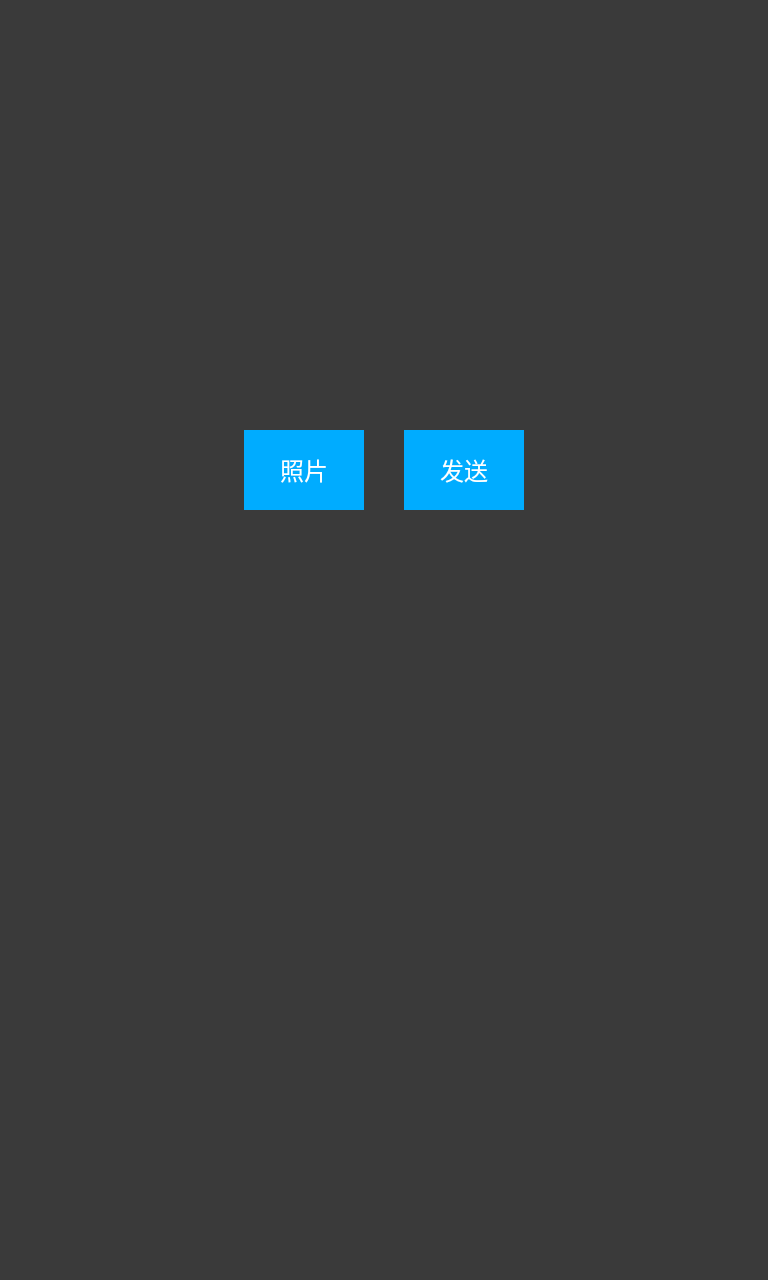
Repository: fanloveoupao/WecharTest
Layout: TestWechar/res/layout/chhose_photos.xml
An editor plug-in stored every save of this project. The layout is shown before and after the next save, followed by the edit.
It is drawn on a 768 x 1280 px phone screen (xhdpi) without system bars, with theme AppTheme; the app's code is not run.

Above is the layout before, as saved 2015-10-09 08:22:32.

### TestWechar/res/layout/chhose_photos.xml
<?xml version="1.0" encoding="utf-8"?>
<LinearLayout xmlns:android="http://schemas.android.com/apk/res/android"
    android:layout_width="match_parent"
    android:layout_height="match_parent"
    android:background="#3a3a3a"
    android:gravity="center"
    android:orientation="vertical" >

    <LinearLayout
        android:id="@+id/btn_layout"
        android:layout_width="fill_parent"
        android:layout_height="wrap_content"
        android:gravity="center"
        android:orientation="horizontal" >

        <Button
            android:id="@+id/btn_choose"
            android:layout_width="60dp"
            android:layout_height="40dp"
            android:layout_marginRight="10dp"
            android:background="@drawable/button_login_bg"
            android:text="照片"
            android:textColor="@color/white"
            android:textSize="12dp" />

        <Button
            android:id="@+id/btn_send"
            android:layout_width="60dp"
            android:layout_height="40dp"
            android:layout_marginLeft="10dp"
            android:background="@drawable/button_login_bg"
            android:text="发送"
            android:textColor="@color/white"
            android:textSize="12dp" />
    </LinearLayout>

    <LinearLayout
        android:layout_width="wrap_content"
        android:layout_height="wrap_content"
        android:layout_marginTop="20dp"
        android:gravity="center" >

        <ImageView
            android:id="@+id/img_photo"
            android:layout_width="wrap_content"
            android:layout_height="wrap_content"
            android:adjustViewBounds="true"
            android:maxHeight="400dp"
            android:maxWidth="300dp"
            android:minHeight="150dp"
            android:minWidth="150dp" />
    </LinearLayout>

</LinearLayout>

### TestWechar/res/values/styles.xml
<resources>

    <!--
        Base application theme, dependent on API level. This theme is replaced
        by AppBaseTheme from res/values-vXX/styles.xml on newer devices.











    -->
    <style name="AppBaseTheme" parent="android:Theme.Light">
        <!--
            Theme customizations available in newer API levels can go in
            res/values-vXX/styles.xml, while customizations related to
            backward-compatibility can go here.






        -->
    </style>

    <!-- Application theme. -->
    <style name="AppTheme" parent="AppBaseTheme">
        <!-- All customizations that are NOT specific to a particular API-level can go here. -->
    </style>

    <style name="animationmsg">
        <item name="android:windowEnterAnimation">@anim/msg_enter</item>
        <item name="android:windowExitAnimation">@anim/msg_exit</item>
    </style>

</resources>

### TestWechar/res/values/color.xml
<?xml version="1.0" encoding="utf-8"?>
<resources>

    <color name="white">#ffffffff</color>
    <color name="window_bg">#fff0f3f6</color>
    <color name="title_bg">#ff54acea</color>
    <color name="chat_text">#ff333333</color>
    <color name="common_top_bar_blue">#4ebcd3</color>
    <color name="btn_login_normal">#00acff</color>
    <color name="btn_login_pressed">#46678d</color>
    <color name="btn_logout_normal">#d33f3f</color>
    <color name="btn_logout_pressed">#DA5A4D</color>
    <color name="btn_register_normal">#ffffff</color>
    <color name="btn_register_pressed">#00acff</color>
    <color name="common_bottom_bar_normal_bg">#2d2f31</color>
    <color name="common_bottom_bar_selected_bg">#161718</color>
    <color name="common_botton_bar_blue">#2ea7e0</color>
    <color name="common_bg">#fcfcfc</color>
    <color name="btn_pressed_green_solid">#B6DA53</color>
    <color name="divider_list">#d4d4d4</color>
    <color name="top_bar_normal_bg">#00acff</color>
    <color name="error_item_color">#F6EBE6</color>
    <color name="bottom_bar_normal_bg">#2D2F31</color>
    <color name="bottom_text_color_normal">#ffffff</color>
    <color name="btn_white_normal">#f7f8f8</color>
    <color name="btn_white_pressed">#b5b5b6</color>
    <color name="btn_green_noraml">#68C270</color>
    <color name="btn_green_pressed">#6FCD78</color>
    <color name="btn_gray_normal">#c0c0c0</color>
    <color name="btn_gray_pressed_status">#b5b5b6</color>
    <color name="btn_gray_pressed">#666667</color>
    <color name="btn_blue_normal">#1e90ff</color>
    <color name="btn_blue_pressed">#0066FF</color>
    <color name="orange">#FFA500</color>
    <color name="gray_pressed">#b5b5b6</color>
    <color name="gray_normal">#666667</color>
    <color name="grid_state_pressed">#1Affffff</color>
    <color name="grid_state_focused">#80000000</color>
    <color name="voip_interface_text_color">#bababa</color>
    <color name="black_deep">#FF000000</color>
    <color name="btn_answer_pressed">#4ebcd3</color>
    <color name="btn_answer_normal">#2dafa3</color>

</resources>

Loaded but not shown: TestWechar/res/values-v11/styles.xml (common file); TestWechar/res/values-v14/styles.xml (common file); TestWechar/res/drawable/button_login_bg.xml (common file)

After the next save:
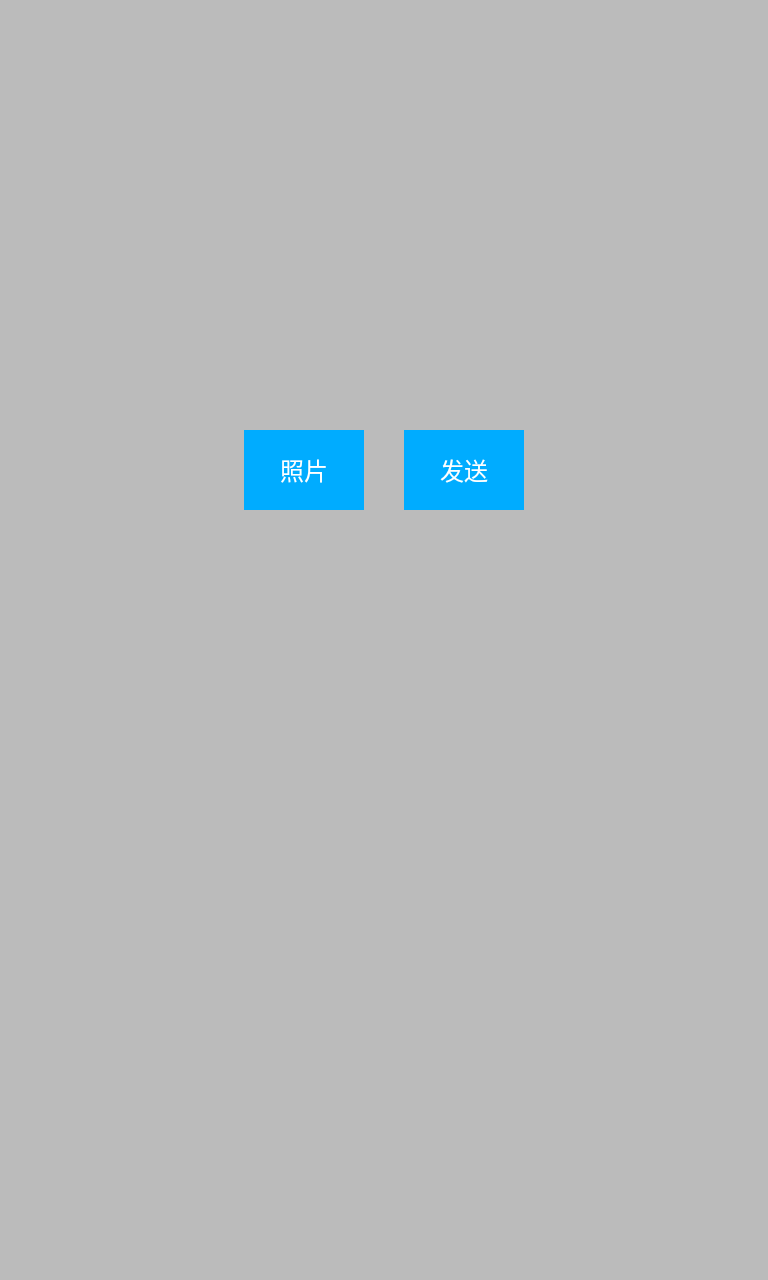
Saved 2 min 26 s later.
--- a/TestWechar/res/layout/chhose_photos.xml
+++ b/TestWechar/res/layout/chhose_photos.xml
@@ -2,7 +2,7 @@
 <LinearLayout xmlns:android="http://schemas.android.com/apk/res/android"
     android:layout_width="match_parent"
     android:layout_height="match_parent"
-    android:background="#3a3a3a"
+    android:background="@drawable/bg"
     android:gravity="center"
     android:orientation="vertical" >
 
